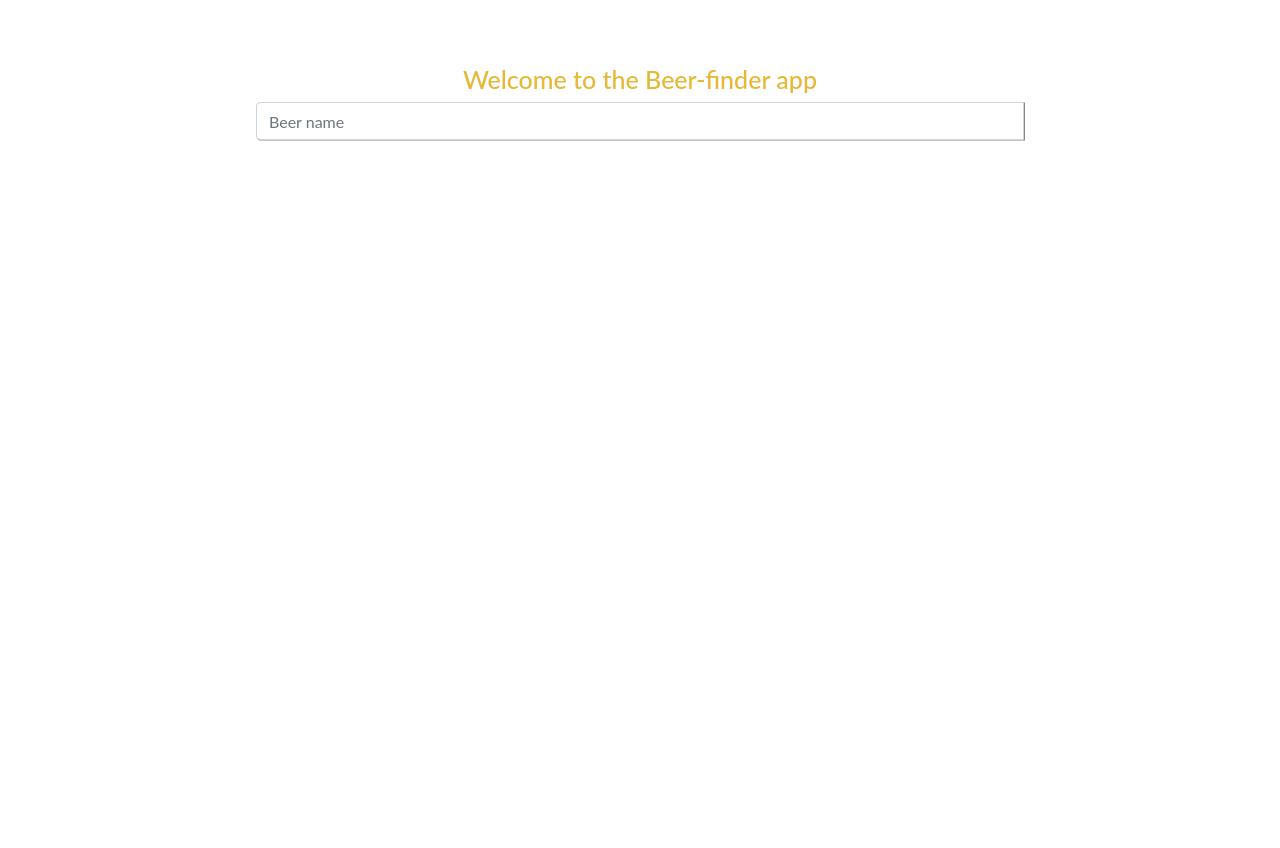
Repository: marcinszymaszek/beer-finder
Page: /
These files come from the project's save history. The page is drawn as it stood at one moment and after the next save; the edit follows.
The browser window is 1280 px wide. The pictures show the whole page.
The project was rebuilt for these pictures with package versions that can differ from the ones it lists, and the page was loaded fresh each time.

Above is the page before, as saved 2020-05-24 17:06:43.

### public/index.html
<!DOCTYPE html>
<html lang="en">
  <head>
    <meta charset="utf-8" />
    <link rel="icon" href="%PUBLIC_URL%/favicon.ico" />
    <link rel="stylesheet" href="https://stackpath.bootstrapcdn.com/font-awesome/4.7.0/css/font-awesome.min.css">
    <meta name="viewport" content="width=device-width, initial-scale=1" />
    <meta name="theme-color" content="#000000" />
    <meta
      name="description"
      content="Web site created using create-react-app"
    />
    <link rel="apple-touch-icon" href="%PUBLIC_URL%/logo192.png" />
    <!--
      manifest.json provides metadata used when your web app is installed on a
      user's mobile device or desktop. See https://developers.google.com/web/fundamentals/web-app-manifest/
    -->
    <link rel="manifest" href="%PUBLIC_URL%/manifest.json" />
    <!--
      Notice the use of %PUBLIC_URL% in the tags above.
      It will be replaced with the URL of the `public` folder during the build.
      Only files inside the `public` folder can be referenced from the HTML.

      Unlike "/favicon.ico" or "favicon.ico", "%PUBLIC_URL%/favicon.ico" will
      work correctly both with client-side routing and a non-root public URL.
      Learn how to configure a non-root public URL by running `npm run build`.
    -->
    <title>Beer-finder App</title>
  </head>
  <body>
    <noscript>You need to enable JavaScript to run this app.</noscript>
    <div id="root"></div>
    <!--
      This HTML file is a template.
      If you open it directly in the browser, you will see an empty page.

      You can add webfonts, meta tags, or analytics to this file.
      The build step will place the bundled scripts into the <body> tag.

      To begin the development, run `npm start` or `yarn start`.
      To create a production bundle, use `npm run build` or `yarn build`.
    -->
  </body>
</html>

### src/index.js
import React from 'react';
import ReactDOM from 'react-dom';
import './index.css';
import App from './components/main/App';
import * as serviceWorker from './serviceWorker';
import 'bootstrap/dist/css/bootstrap.min.css';

ReactDOM.render(
  <React.StrictMode>
    <App />
  </React.StrictMode>,
  document.getElementById('root')
);

// If you want your app to work offline and load faster, you can change
// unregister() to register() below. Note this comes with some pitfalls.
// Learn more about service workers: https://bit.ly/CRA-PWA
serviceWorker.unregister();

### src/components/main/App.js
import React from 'react';
import './App.css';
import Search from '../search/Search'


const App = () => {

  return (
    <div className="main-container">
      <Search />
    </div>
  );
}

export default App;

### src/components/main/App.css
.main-container {
  font-family: Lato, sans-serif;
  font-size: 1.5em;
  height: 100vh;
  line-height: 20px;
  font-size: 1.3rem;
  text-align: center;
  margin: 5% 20%;
}

.app-title{
  line-height: normal;
}

@media (max-width: 790px)  {
  .main-container  {
    font-size: 1.2em;
  }
}

@media (max-width: 580px)  {
  .main-container  {
    height: auto;
    margin-bottom: 20%;
    margin-left: 15%;
    margin-right: 15%;
  }
}

### src/components/search/Search.js
import React, { useState } from 'react';
import './Search.css';
import axios from 'axios';
import Pagination from '../pagination/Pagination';
import Beers from '../beers/Beers';
import Form from '../form/Form';
import Loader from '../../loader.gif';

const Search = () => {

    const [query, setQuery] = useState('');
    const [beers, setBeers] = useState([]);
    const [loading, setLoading] = useState(false);
    const [message, setMessage] = useState('');

    const [currentPage, setCurrentPage] = useState(1);
    const [beersPerPage, setBeersPerPage] = useState(10);


    const fetchSearchBeers = (updatedPageNo = '', query) => {
        let cancel = "";
        const pageNumber = updatedPageNo ? `&per_page=${updatedPageNo}` : '';
        const searchUrl = `https://api.punkapi.com/v2/beers?beer_name=${query}${pageNumber}`;
        if (cancel) {
            cancel.cancel();
        }
        cancel = axios.CancelToken.source();
        axios.get(searchUrl, {
            cancelToken: cancel.token
        })
            .then((res) => {
                const resultNotFoundMsg = !res.data.length
                    ? 'There are no more search beers. Please try a new search..'
                    : '';
                setMessage(resultNotFoundMsg);
                setLoading(false);
                setBeers(res.data);
            })
            .catch((error) => {
                if (axios.isCancel(error) || error) {
                    setLoading(false);
                    setMessage('Failed to fetch beers.Please check network..');
                }
            });
    };


    const handleOnInputChange = (event) => {
        const query = event.target.value;
        if (!query) {
            setBeers([]);
            setMessage("");
        } else {
            setQuery(query);
            setLoading(true);
            setMessage("");
            fetchSearchBeers(80, query);
        }
    };

    // Get current beers
    const indexOfLastBeer = currentPage * beersPerPage;
    const indexOfFirstBeer = indexOfLastBeer - beersPerPage;
    const currentBeers = beers.slice(indexOfFirstBeer, indexOfLastBeer);

    //Change page
    const paginate = pageNumber => setCurrentPage(pageNumber);


    return (
        <>
            <div className="inline-container">
                <h1 className="app-title">Welcome to the Beer-finder app</h1>
                {/* <label className="search-label" htmlFor="search-input">
                    <input
                        id="search-input"
                        type="text"
                        placeholder="Beer name"
                        value={query}
                        onChange={event => handleOnInputChange(event)}
                    />
                    <i className="fa fa-search search-icon" />
                </label> */}


                <Form />
            </div>
            <Beers currentBeers={currentBeers}/>
            <Pagination beersPerPage={beersPerPage}
                totalBeers={beers.length}
                paginate={paginate}
            />
            {/*Error Message*/}
            {message && <p className="message">{message}</p>}

            {/*Loader*/}
            <img src={Loader} className={`search-loading ${loading ? 'show' : 'hide'}`} alt="loader" />

        </>
    )
}

export default Search;

### src/components/search/Search.css
.inline-container {
    flex-flow: wrap;
    align-content: center;
    align-items: stretch;
    justify-content: space-around;
}

.image-container{
    display: inline-flex;
    flex-wrap: wrap;
    margin: 50px 0px;
}

.image-container div {
        width: 200px;
        margin: 10px;
        text-align: center;
      }


h1{
    color: #e7b835;
  }

input {
    width: 40%;
    margin: 10px;
    padding: 18px 10px;
    border-radius: 4px;
    border: 1px solid #4e5766;
    box-shadow: 1px 0.5px #888888;
    font-size: 18px;
}

.search-label {
	position: relative;
}

.search-icon {
	position: absolute;
	top: 3px;
	font-size: 24px;
	color: #555;
	right: 18px;
}

    button {
        padding: 12px 10px;
        width: 15%;
        border-radius: 4px;
        background-color: #e7b835;
        cursor: pointer;
        font-size: 18px;
        font-weight: 600;
    }

    button:hover {
        background-color: #e7bf50;
    }


    .beer-img {
        width: auto;
        height: 200px;
    }

    /*Texts*/
    .app-title {
        font-size: 25px;
    }

h2{
    font-size: 18px;
}

/*Loader*/
.search-loading {
    position: absolute;
	left: 0;
	right: 0;
	margin: auto;
}

/*Show and hide*/
.show {
	display: inline-block;
}.hide {
	display: none;
}


@media (max-width: 790px)  {

    button {
        width: 40%;
    }

    input {
        width: 80%;
    }

    .inline-container {
        justify-content: space-evenly;
    }
}

@media (max-width: 580px)  {
    input {
        width: 100%;
        margin: 20px 0px;
        padding: 18px 10px;
    }

    button {
        width: 100%;
    }

    .image-container div{
        width: 100%;
    }

  }

### src/components/pagination/Pagination.js
import React from "react";


const Pagination = ({ beersPerPage, totalBeers, paginate }) => {
    const beerNumbers = [];

    for (let i = 1; i <= Math.ceil(totalBeers / beersPerPage); i++) {
        beerNumbers.push(i);
    }

    return (
        <nav>
            <ul className="pagination">
                {beerNumbers.map(number => (
                    <li key={number} className="page-item">
                        <a  href="!#" className="page-link">
                            {number}
                        </a>
                    </li>
                ))}
            </ul>
        </nav>
    )
}


export default Pagination;

### src/components/beers/Beers.js
import React from "react";


const Beers = ({ currentBeers }) => {

    const renderSearchBeers = () => {
        if (Object.keys(currentBeers).length && currentBeers.length) {
            return (
                <div className="image-container">
                    {currentBeers.map((beer) => {
                        return (
                            <div key={beer.id}>
                                <img className="beer-img" src={beer.image_url} alt={beer.name} />
                                <h2>{beer.name}</h2>
                            </div>
                        );
                    })}
                </div>
            );
        }
    };


    return (
        <>
            {renderSearchBeers()}
        </>
    )
}


export default Beers;

### src/components/form/Form.js
import React from "react";


const Form = ({ }) => {


    return (

        <>
            <form>
                <div class="input-group">
                    <input id="beer" type="text" class="form-control" name="beer" placeholder="Beer name"/>
                        <span class="input-group-addon"><i class="glyphicon glyphicon-search"></i></span>
                </div>
            </form>
        </>

    );

};

export default Form;

Loaded but not shown: src/index.css (common file); src/serviceWorker.js (common file)

After the next save:
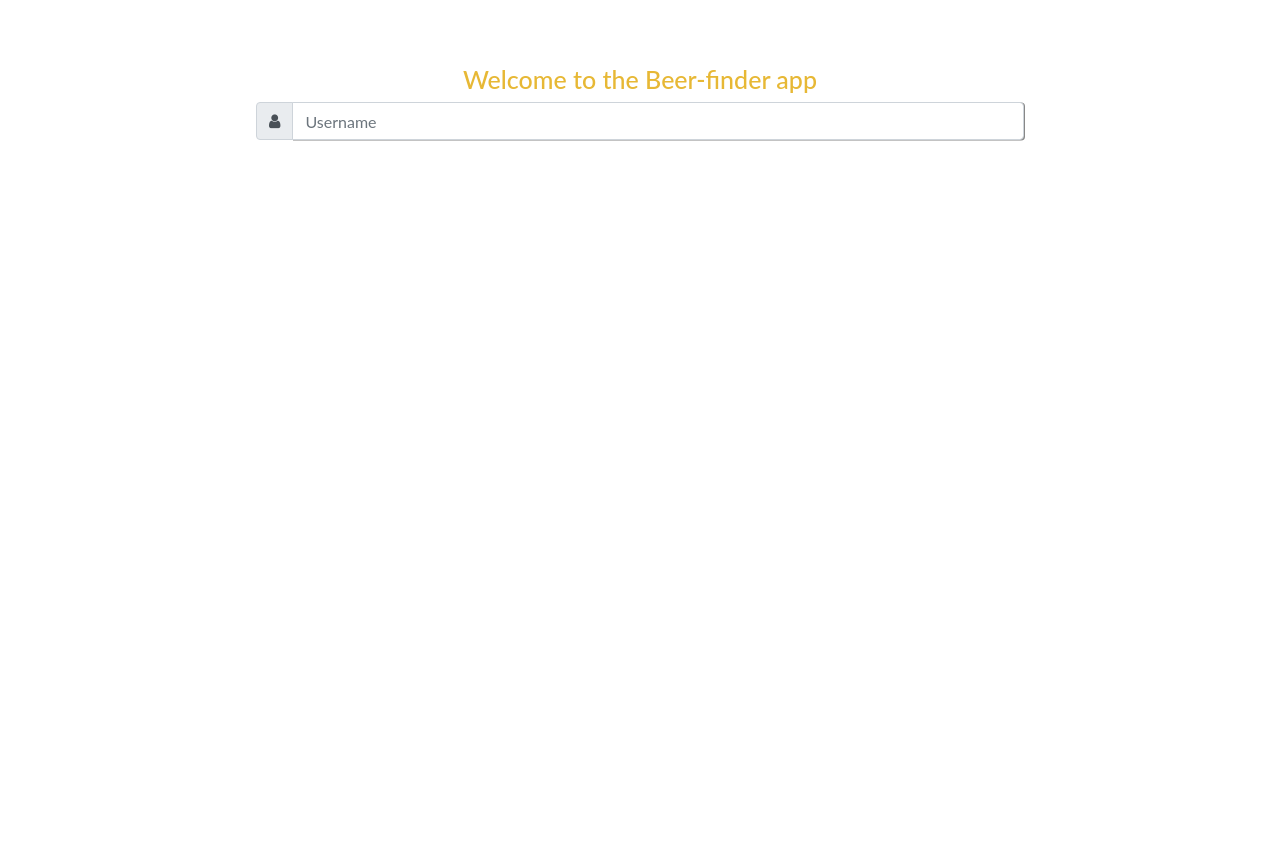
Saved 5 min 4 s later.
--- a/src/components/form/Form.js
+++ b/src/components/form/Form.js
@@ -6,14 +6,14 @@ const Form = ({ }) => {
 
     return (
 
-        <>
-            <form>
-                <div class="input-group">
-                    <input id="beer" type="text" class="form-control" name="beer" placeholder="Beer name"/>
-                        <span class="input-group-addon"><i class="glyphicon glyphicon-search"></i></span>
-                </div>
-            </form>
-        </>
+        <div className="input-group">
+        <div className="input-group-prepend">
+          <span className="input-group-text" id="basic-addon">
+            <i className="fa fa-user prefix"></i>
+          </span>
+        </div>
+        <input type="text" className="form-control" placeholder="Username" aria-label="Username" aria-describedby="basic-addon" />
+      </div>
 
     );
 
